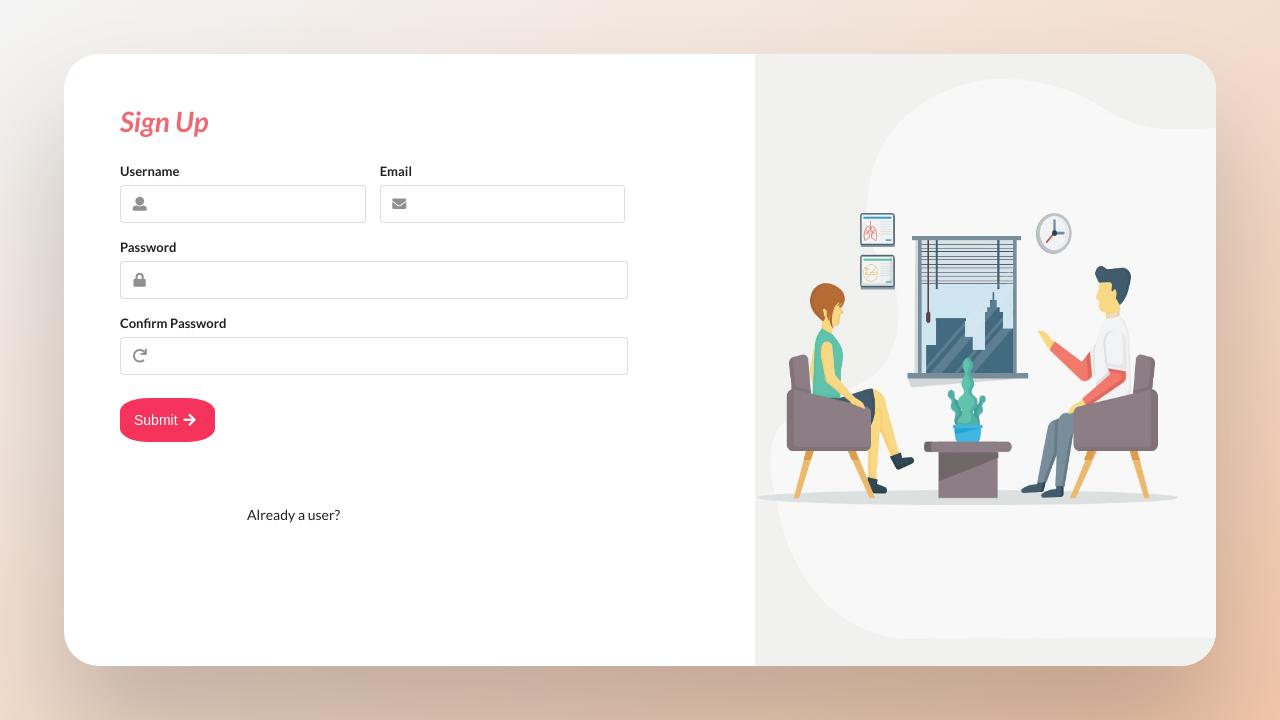
Repository: ajayaj2001/healthcare-digitization
Page: /register
An editor plug-in stored every save of this project. The page is shown before and after the next save, followed by the edit.
The browser window is 1280 px wide. The pictures show the whole page.
The project was rebuilt for these pictures with package versions that can differ from the ones it lists, and the page was loaded fresh each time. Also part of the build but not shown: src/component/userType/UserType.scss, src/component/userType/UserType.js, src/component/login/Login.scss, src/component/login/loginForm/LoginForm.scss, src/component/login/loginForm/LoginForm.js, src/component/login/Login.js.

Above is the page before, as saved 2021-03-12 22:40:51.

### public/index.html
<!DOCTYPE html>
<html lang="en">

<head>
  <meta charset="utf-8" />
  <meta name="viewport" content="width=device-width, initial-scale=1" />
  <meta name="theme-color" content="#000000" />
  <meta name="description" content="Web site created using create-react-app" />
  <link rel="stylesheet" href="https://fonts.googleapis.com/css?family=Roboto:300,400,500,700&display=swap" />
  <link rel="stylesheet" href="https://fonts.googleapis.com/icon?family=Material+Icons" />

  <!--
      manifest.json provides metadata used when your web app is installed on a
      user's mobile device or desktop. See https://developers.google.com/web/fundamentals/web-app-manifest/
    -->
  <!-- <link rel="manifest" href="%PUBLIC_URL%/manifest.json" /> -->
  <!--
      Notice the use of %PUBLIC_URL% in the tags above.
      It will be replaced with the URL of the `public` folder during the build.
      Only files inside the `public` folder can be referenced from the HTML.

      Unlike "/favicon.ico" or "favicon.ico", "%PUBLIC_URL%/favicon.ico" will
      work correctly both with client-side routing and a non-root public URL.
      Learn how to configure a non-root public URL by running `npm run build`.
    -->
  <title>medical</title>
</head>

<body>
  <noscript>You need to enable JavaScript to run this app.</noscript>
  <div id="root"></div>
  <!--
      This HTML file is a template.
      If you open it directly in the browser, you will see an empty page.

      You can add webfonts, meta tags, or analytics to this file.
      The build step will place the bundled scripts into the <body> tag.

      To begin the development, run `npm start` or `yarn start`.
      To create a production bundle, use `npm run build` or `yarn build`.
    -->
</body>

</html>

### src/index.js
import React from 'react';
import ReactDOM from 'react-dom';
import './index.scss';
import App from './component/app/App';
import 'semantic-ui-css/semantic.min.css'


ReactDOM.render(
  // <React.StrictMode>
    <App />
  // </React.StrictMode>
  ,
  document.getElementById('root')
);

### src/index.scss
code {
  font-family: source-code-pro, Menlo, Monaco, Consolas, "Courier New", monospace;
}
@mixin respond($breakpoint) {
  @if $breakpoint == phone {
    @media (max-width: 37.5em) {
      @content;
    }
  }

  @if $breakpoint == tab-land {
    @media (max-width: 75em) {
      @content;
    }
  }
  @if $breakpoint == tab-port {
    @media (max-width: 56.25em) {
      @content;
    }
  }
  @if $breakpoint == big-desktop {
    @media (min-width: 112.5em) {
      @content;
    }
  }
}

*,
*::after,
*::before {
  margin: 0;
  padding: 0;
  box-sizing: inherit;
}
body {
  font-family: "Lato", sans-serif;
  font-weight: 400;
  font-size: 16px;
  line-height: 1.7;
  color: #777;
  //padding: 30px;
  box-sizing: border-box;
  @include respond(tab-port) {
    padding: 0;
  }
}

html {
  font-size: 62.5%; //1rem=10px 10px/16px=62.5%
  @include respond(tab-land) {
    //width <1200
    font-size: 56.25%; //1rem=9px
  }
  @include respond(tab-port) {
    //<width <900
    font-size: 50%; //1rem=8px
  }
  // @include respond(phone) {
  //     //<width<600
  //     font-size: 40%; //1rem=4.8px
  // }
  @include respond(big-desktop) {
    //>1200
    font-size: 75%; //1rem=12
  }
}

### src/component/app/App.js
import './App.scss';

import UserType from "../userType/UserType";
import Login from '../login/Login';
import Register from '../register/Register';

function App() {
  return (
    <div className="App">
      {/* <UserType /> */}
      {/* <Login/> */}
      <Register/>
    </div>
  );
}

export default App;

### src/component/register/Register.js
import React from 'react'

import './Register.scss'
import sideImage from '../../img/img-2.jpg'
import RegisterForm from './registerForm/RegisterForm'

const Register = () => {
    return (
        <div className="container">
            <div className="register">
                <div className="register__signup">
                    <div className="register__signup--form"><RegisterForm /></div>
                </div>

                <img src={sideImage} alt="rocket" className="register__image" />
            </div>
        </div>
    )
}

export default Register

### src/component/register/Register.scss
.container {
    margin: 0;
    background-image: linear-gradient(to right bottom, #f3f4f4, #f1bd9ad8);
    height: 100vh;
    display: flex;
    justify-content: center;
    align-items: center;
}

.register {
    background-color: white;
    width: 90%;
    height: 85%;
    display: grid;
    grid-template-columns: 60% 40%;
    @media (max-width: 65em) {
        grid-template-columns: 100%;
      }
    border-radius: 2.5rem;
    overflow: hidden;
    box-shadow: 0 5rem 8rem rgba(black, 0.2);
    &__signup {
        display: flex;
        flex-direction: column;
        justify-content: space-between;

        &--form {
            height: 70%;
        }
    }

    &__image {
        width: 100%;
        height: 100%;
    }
    @media (max-width: 65em) {
        &__image {
            display: none;
        }
      }
}

### src/component/register/registerForm/RegisterForm.js
import React, { useState } from 'react'
import { Form, Icon, Message } from 'semantic-ui-react'
// import { Link } from 'react-router-dom';
// import firebase from '../../../../firebase';
import './RegisterForm.scss'
const RegisterForm = () => {

    const [errors, seterrors] = useState("")
    const [username, setUsername] = useState("");
    const [email, setEmail] = useState("");
    const [password, setPassword] = useState("");
    const [confirmPassword, setConfirmPassword] = useState("");
    const [loading, setLoading] = useState(false);
    // const [usersRef] = useState(firebase.database().ref('users'));




    const isFormValid = () => {
        if (!username || !email || !password || !confirmPassword) {
            seterrors("Fill all the fields");
            return false;
        }
        else if (password.length < 6 || confirmPassword.length < 6) {
            if (password !== confirmPassword) {
                seterrors("Password dont match")
                return false;
            }
            else {
                seterrors("Password atleast have 6 character")
                return false;
            }
        }
        else {
            return true;
        }
    }


    const formSubmit = (event) => {
        event.preventDefault();
        if (isFormValid()) {
            setLoading(true)
            // firebase
            //     .auth()
            //     .createUserWithEmailAndPassword(email, password)
            //     .then(createdUser => {
            //         seterrors("");
            //         createdUser.user.updateProfile({
            //             displayName: username,
            //             photoURL: `http://gravatar.com/avatar/${md5(createdUser.user.email)}?d=identicon`
            //         })
            //             .then(() => {
            //                 usersRef.child(createdUser.user.uid).set({
            //                     name: createdUser.user.displayName,
            //                     avatar: createdUser.user.photoURL
            //                 });
            //                 setLoading(false);
            //             })
            //             .catch((err) => {
            //                 console.log(err);
            //                 setLoading(false);
            //                 seterrors(err.message);
            //             })
            //     })
            //     .catch(err => {
            //         seterrors(err.message);
            //         setLoading(false);
            //     });
        }
    }


    return (
        <div className="registerform">
            {
                errors ? <Message error className="registerform__error" ><h2>Error  :  {errors}</h2></Message> : ""

            }

            <h4 className="registerform__heading">Sign Up </h4>
            <Form onSubmit={formSubmit}>
                <Form.Group >
                    <Form.Input
                        fluid
                        id='form-subcomponent-shorthand-input-first-name'
                        label='Username'
                        className="registerform__input1"
                        icon="user"
                        iconPosition="left"
                        type="text"
                        onChange={(event) => setUsername(event.target.value)}
                        value={username}
                    />
                    <Form.Input
                        fluid
                        id='form-subcomponent-shorthand-input-last-name'
                        label='Email'
                        icon="mail"
                        iconPosition="left"
                        type="email"
                        onChange={(event) => setEmail(event.target.value)}
                        value={email}

                        className={errors.toLowerCase().includes('email') ? 'error  registerform__input1' : ' registerform__input1'}
                    />
                </Form.Group>
                <Form.Input
                    fluid
                    name="username"
                    icon="lock"
                    iconPosition="left"
                    label="Password"
                    type="password"
                    onChange={(event) => setPassword(event.target.value)}
                    value={password}
                    className={errors.toLowerCase().includes('password') ? 'error registerform__input2' : ' registerform__input2'}
                />
                <Form.Input
                    fluid
                    name="username"
                    icon="repeat"
                    iconPosition="left"
                    label="Confirm Password"
                    type="password"
                    onChange={(event) => setConfirmPassword(event.target.value)}
                    value={confirmPassword}
                    className={errors.toLowerCase().includes('password dont match') ? 'error registerform__input2' : 'registerform__input2'}
                />
                <button type='submit' disabled={loading} className={loading ? 'loading registerform__button' : "registerform__button"} >Submit <Icon name="arrow right" /> </button>
            </Form>
            <div className="registerform__link">Already a user?{/*<Link to="/login">  Login</Link>*/}</div>

        </div>
    )
}

export default RegisterForm

### src/component/register/registerForm/RegisterForm.scss
.registerform {
    margin-top: 3.5rem;
    padding-left: 4rem;
    &__heading {
        padding-bottom: 0.6rem;
        color: #ef6973;
        font-size: 2rem;
        font-weight: 900;
        font-style: italic;
    }
    &__input1 {
        width: 40%;
    }
    &__input2 {
        width: 80%;
    }
    &__button {
        background-color: #f6335b;
        border: none;
        padding: 1rem 1rem;
        border-radius: 30%;
        color: white;
        margin-top: 0.6rem;
    }
    &__button:focus,&__button:hover {
        outline: none;
        background-color: #fd012b;
    }
    &__link {
        // padding-top: 0.4rem;
        // padding-left: 13rem;
        padding-left: 20%;
        padding-top: 10%;
    }
    &__error {
        margin-top: -2rem !important;
        padding: 1.3rem !important;
    }
}

Loaded but not shown: src/component/app/App.scss (no stored copy; drawn as an empty file)

After the next save:
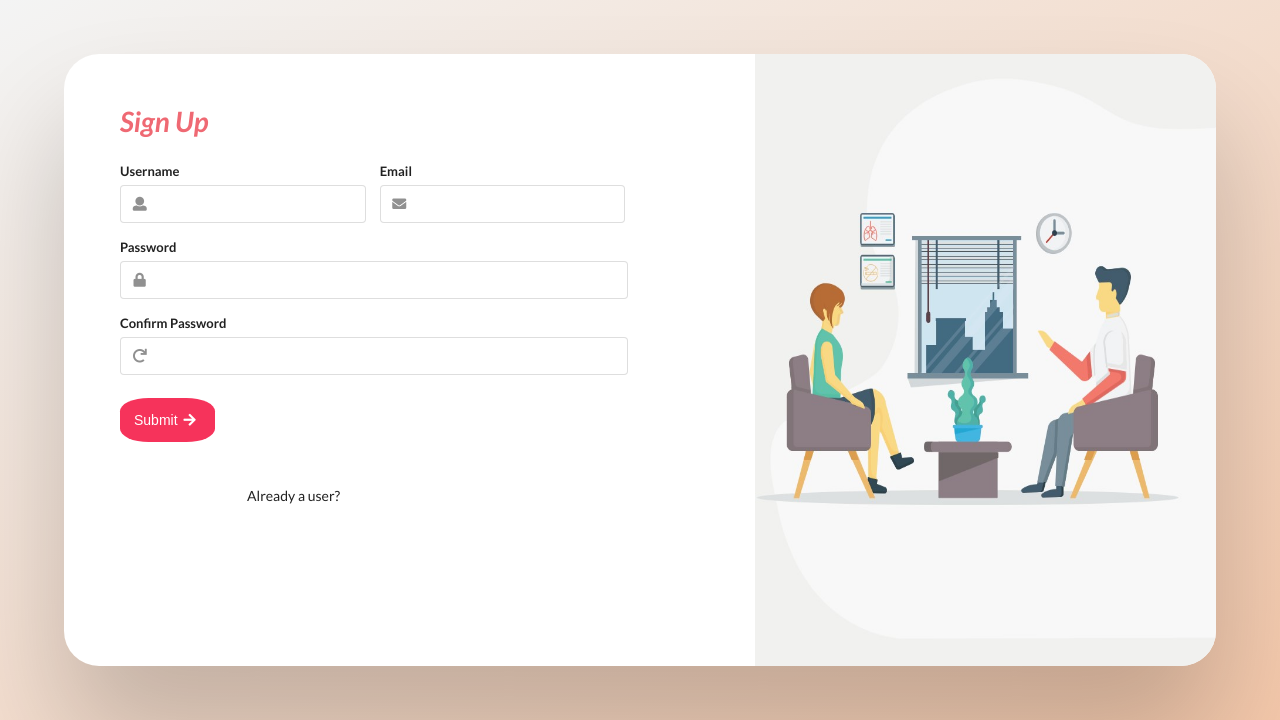
Saved 6 s later.
--- a/src/component/register/registerForm/RegisterForm.scss
+++ b/src/component/register/registerForm/RegisterForm.scss
@@ -30,7 +30,7 @@
         // padding-top: 0.4rem;
         // padding-left: 13rem;
         padding-left: 20%;
-        padding-top: 10%;
+        padding-top: 7%;
     }
     &__error {
         margin-top: -2rem !important;
